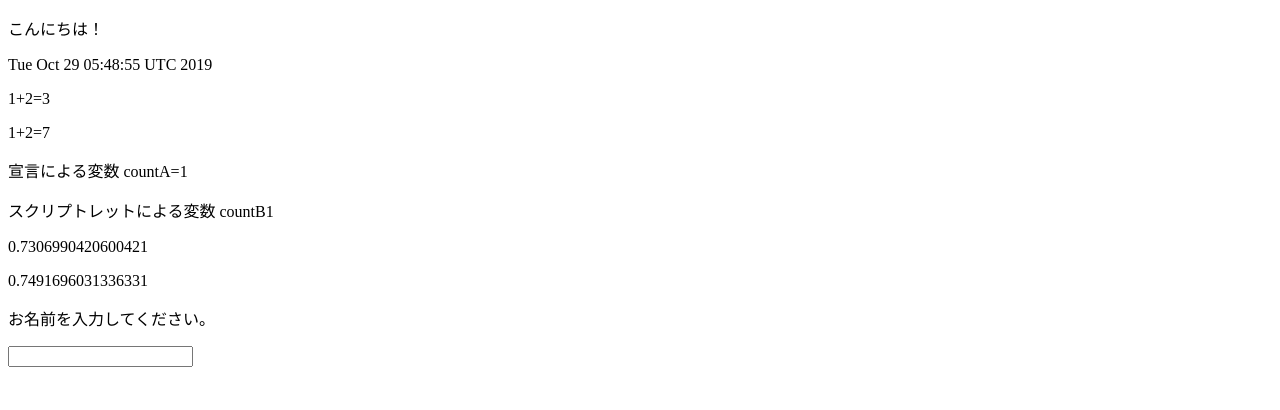
Repository: KeisukeNakamura038/test
Page: http://localhost/HelloJSP/
An editor plug-in stored every save of this project. The page is shown before and after the next save, followed by the edit.
The browser window is 1280 px wide. The pictures show the whole page.
The page is served by Tomcat 9.

Above is the page before, as saved 2019-10-29 07:49:30.

### HelloJSP/WebContent/index.jsp
<%@ page language="java" contentType="text/html; charset=UTF-8"
	pageEncoding="UTF-8"%>
<!DOCTYPE html>
<html>
<head>
<meta charset="utf-8">
<title>TEST</title>
</head>
<body>
	<p>こんにちは！</p>
	<%
		out.println(new java.util.Date());
	%>

	<%!int add(int a, int b) {
		return a + b;
	}%>
	<p>
		1+2=<%=add(1, 2)%></p>
	<p>
		1+2=<%=add(3, 4)%></p>

	<%!int countA = 0;%>
	<%
		int countB = 0;
		countA++;
		countB++;
	%>

	<p>
		宣言による変数 countA=<%=countA%></p>
	<p>
		スクリプトレットによる変数 countB<%=countB%></p>


	<p>
		<%
			out.println(Math.random());
		%>
	</p>
	<p><%=Math.random()%></p>


	<p>お名前を入力してください。</p>
	<from method="post" action="greeting-out.jsp">
	<input type="text" name="user">
	<imput type="submit" value="確定">
	</form>

</body>
</html>

After the next save:
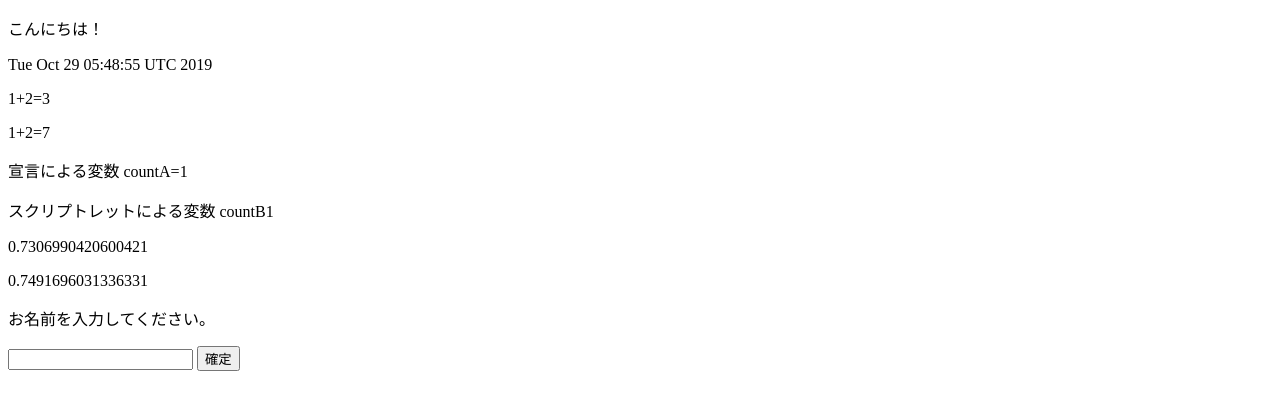
Saved 26 s later.
--- a/HelloJSP/WebContent/index.jsp
+++ b/HelloJSP/WebContent/index.jsp
@@ -42,9 +42,9 @@
 
 
 	<p>お名前を入力してください。</p>
-	<from method="post" action="greeting-out.jsp">
+	<form method="post" action="greeting-out.jsp">
 	<input type="text" name="user">
-	<imput type="submit" value="確定">
+	<input type="submit" value="確定">
 	</form>
 
 </body>
